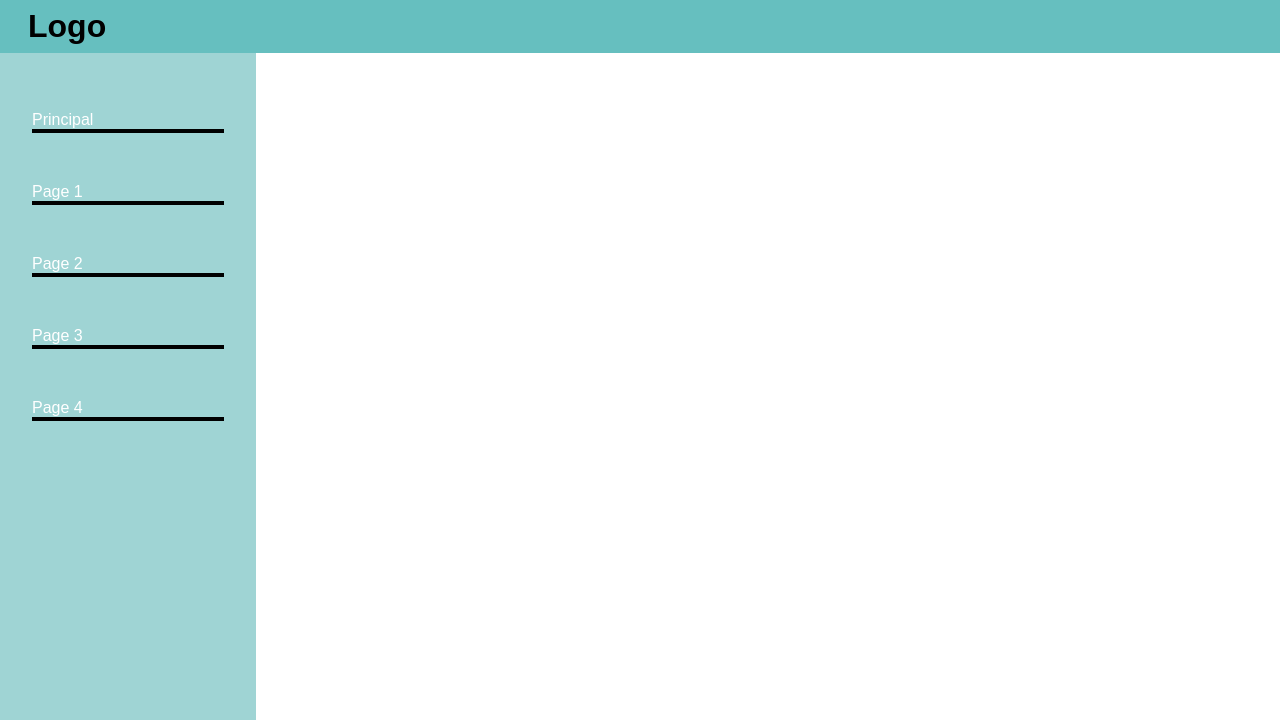
Repository: mateus-henrique-silva/Dashboard-pixel-facebook-react
Page: / (app in dashboard-pixel/)
An editor plug-in stored every save of this project. The page is shown before and after the next save, followed by the edit.
The browser window is 1280 px wide. The pictures show the whole page.
The project was rebuilt for these pictures with package versions that can differ from the ones it lists, and the page was loaded fresh each time.

Above is the page before, as saved 2022-07-07 17:53:28.

### dashboard-pixel/src/index.js
import React from "react";
import ReactDOM from "react-dom/client";

import App from "./App";
import reportWebVitals from "./reportWebVitals";

const root = ReactDOM.createRoot(document.getElementById("root"));
root.render(
  <React.StrictMode>
    <App />
  </React.StrictMode>
);

reportWebVitals();

### dashboard-pixel/src/App.jsx
import React from "react";
import Main from "./Components/MainPage/Main";



function App() {
  return (
    <div >
        <Main/>


    </div>
  );
}

export default App;

### dashboard-pixel/src/Components/MainPage/Main.jsx
import React from 'react'
import './Main.css'
import Header from '../Header/Header'
import SideBar from "../SideBar/SideBar"

const Main = () => {
  return (
    <div className="Main">
        <Header/>
        <SideBar/>
    </div>
  )
}

export default Main

### dashboard-pixel/src/Components/MainPage/Main.css
* {
  border: 0;
  margin: 0;
  font-family: sans-serif;
  overflow-y: hidden;
}

.Main {
  width: 100%;
  height: 100vh;
}
.startHeader{
    width: 100%;
    display: flex;
    justify-content: center;
}

### dashboard-pixel/src/Components/Header/Header.jsx
import React from 'react'
import "./Header.css"

const Header = () => {
  return (
    <div className="startHeader">

        <div className="Header">
            <h1>Logo</h1>
        </div>

    </div>
  )
}

export default Header

### dashboard-pixel/src/Components/SideBar/SideBar.jsx
import React from "react";
import "./SideBar.css";

const SideBar = () => {
  return (
    <div>
      <div className="div-sidebar">
        <div className="Menu-tag">
          <div><a href="#">Principal</a></div>
          <div><a href="#">Page 1</a></div>
          <div><a href="#">Page 2</a></div>
          <div><a href="#">Page 3</a></div>
          <div><a href="#">Page 4</a></div>
        </div>
      </div>
    </div>
  );
};

export default SideBar;

### dashboard-pixel/src/Components/Header/Header.css
.Header{
    width: 99vw;
    padding: 0.5em 0.5em ;
    background-color:#66BFBF;
    display:flex;
    align-items:center;




}

.Header h1{
    margin-left: 20px;
}

### dashboard-pixel/src/Components/SideBar/SideBar.css
.div-sidebar {
  height: 100vh;
  width: 20vw;
  background-color: #9fd4d4;
  display: grid;
}

.Menu-tag {
  height: 100%;
  padding: 0.5em 2em;
}

.Menu-tag div {
  margin-top:50px;
  border-bottom: 4px solid ;}

.Menu-tag div a {
    text-decoration: none;
    color:white;
  }

Loaded but not shown: dashboard-pixel/public/index.html (common file); dashboard-pixel/src/reportWebVitals.js (common file)

After the next save:
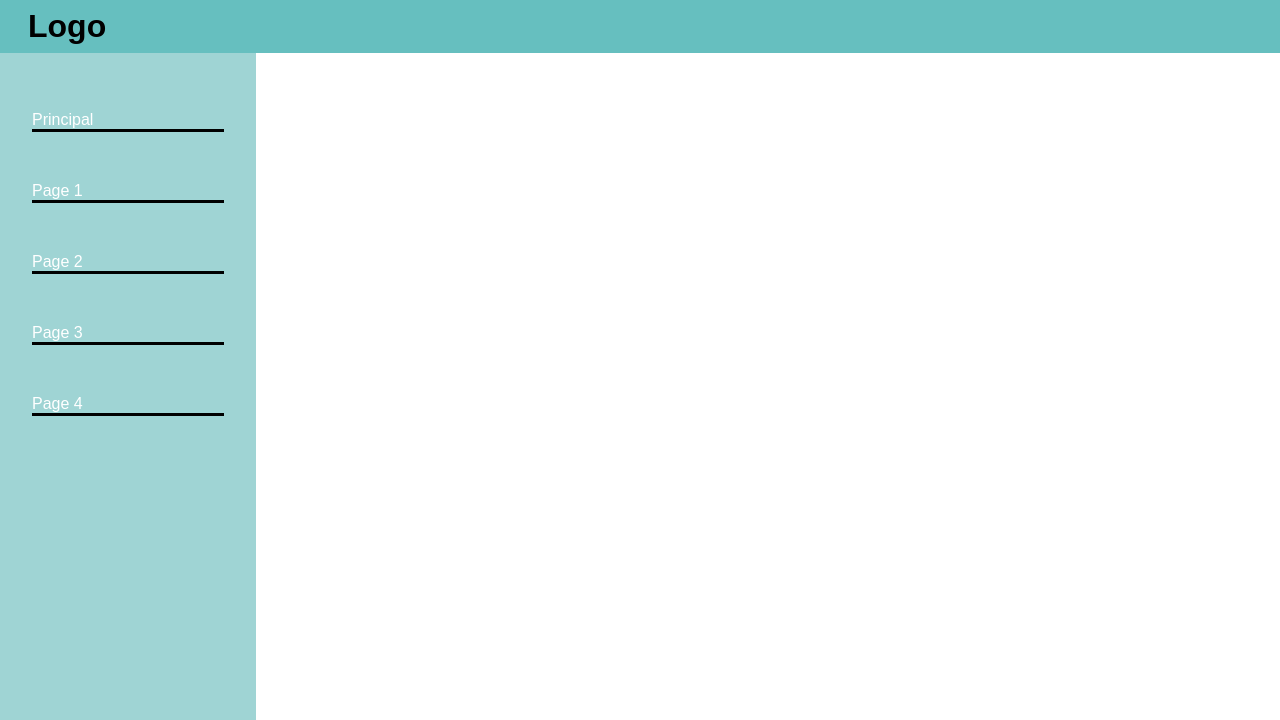
Saved 4 s later.
--- a/dashboard-pixel/src/Components/SideBar/SideBar.css
+++ b/dashboard-pixel/src/Components/SideBar/SideBar.css
@@ -12,7 +12,7 @@
 
 .Menu-tag div {
   margin-top:50px;
-  border-bottom: 4px solid ;}
+  border-bottom: 3px solid ;}
 
 .Menu-tag div a {
     text-decoration: none;
